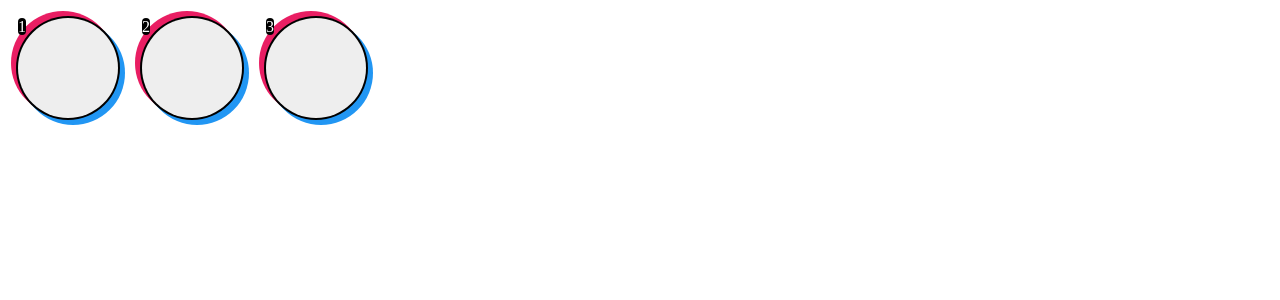
Repository: Body789/CSS_ELZERO
Page: Assignments/Assigmennt_10/Assignment_1/index.html
An editor plug-in stored every save of this project. The page is shown before and after the next save, followed by the edit.
The browser window is 1280 px wide. The pictures show the whole page.

Above is the page before, as saved 2022-09-18 00:38:23.

After the next save:
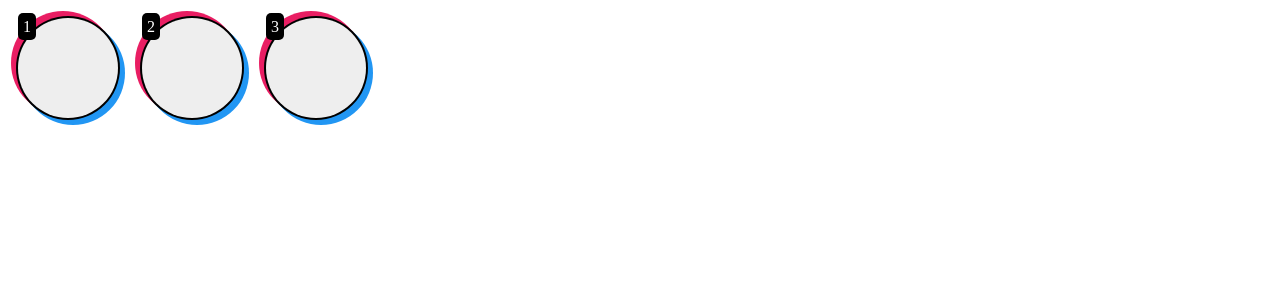
Saved 41 s later.
--- a/Assignments/Assigmennt_10/Assignment_1/Css/style.css
+++ b/Assignments/Assigmennt_10/Assignment_1/Css/style.css
@@ -19,4 +19,5 @@ div::after {
   width: 10px;
   height: 10px;
   border-radius: 5px;
+  padding: 5px;
 }
